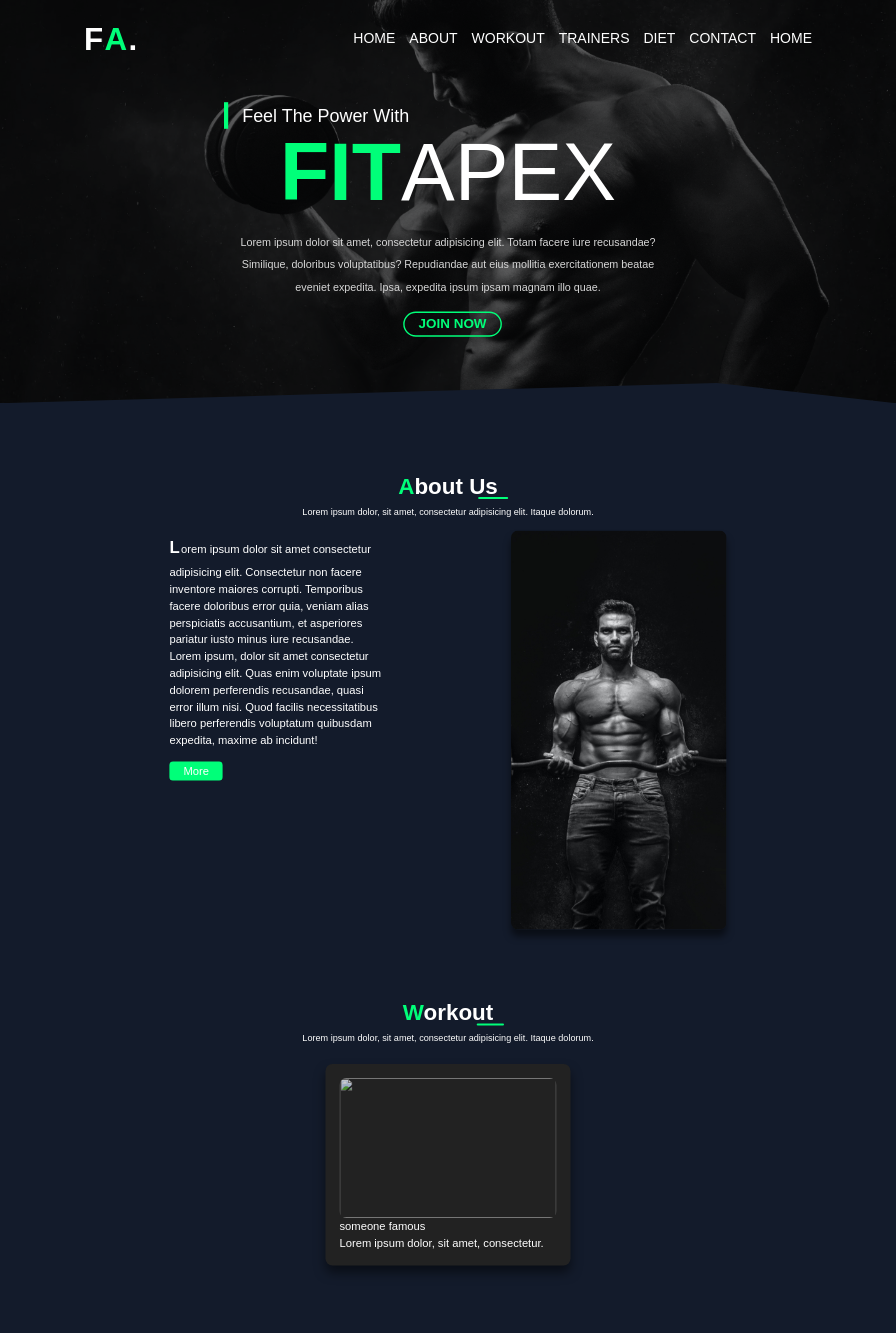
Repository: guilhermecardoso93/fitapex
Page: index.html
These files come from the project's save history. The page is drawn as it stood at one moment and after the next save; the edit follows.
The browser window is 1280 px wide. The pictures show the whole page, at 70% of full size.
The pointer rests on the first visible `.workout .content .frame .box`.

Above is the page before, as saved 2023-03-07 20:28:34.

After the next save:
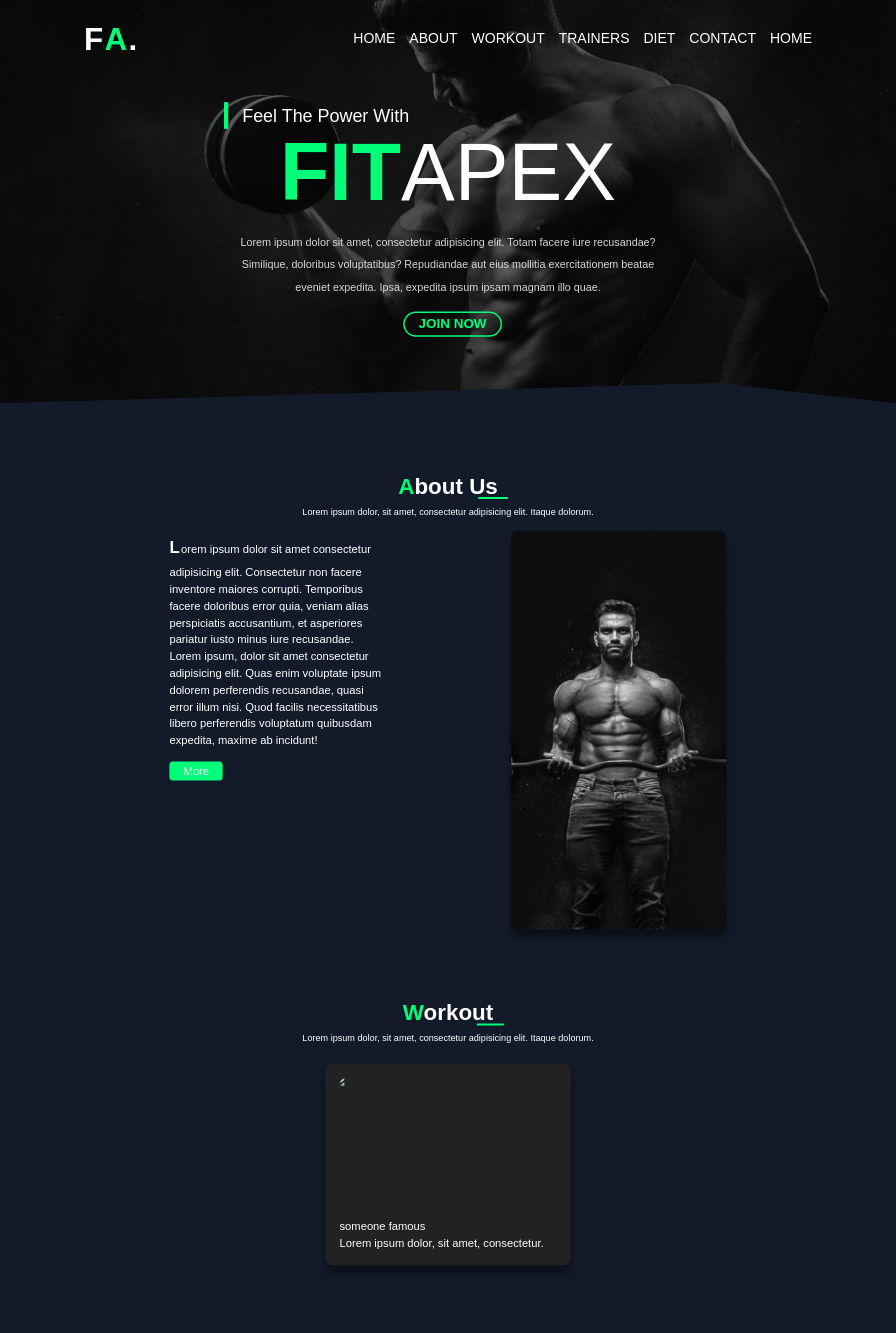
Saved 65 s later.
--- a/css/_workout.css
+++ b/css/_workout.css
@@ -29,3 +29,8 @@
   filter: brightness(80%);
   transition: 0.2s ease-in ;
 }
+
+.workout .content .frame .box:hover img {
+  filter: brightness(100%);
+  transform: scale(1.08) ;
+}
